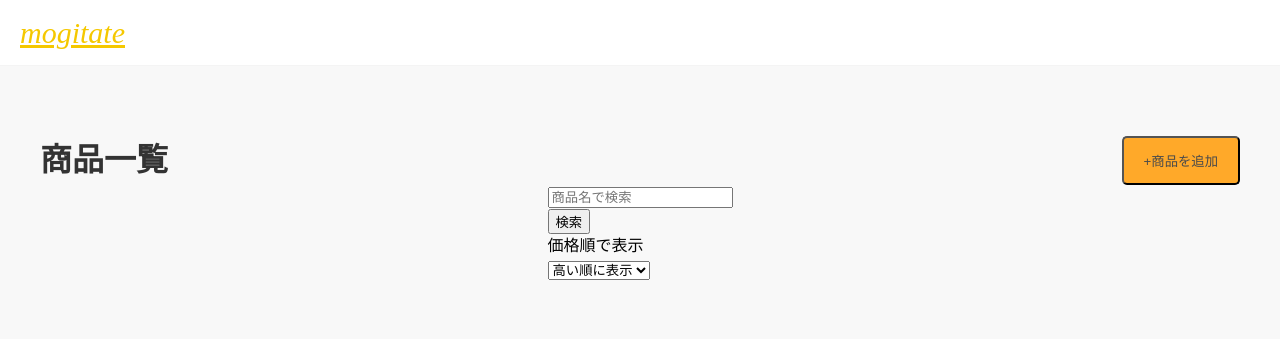
Repository: SuzukiFuminori/test-fruit
Page: http://localhost/products
These files come from the project's save history. The page is drawn as it stood at one moment and after the next save; the edit follows.
The browser window is 1280 px wide. The pictures show the whole page.
The page is served by the project's Laravel application, run on PHP 8.4 with Laravel 8. Other server files are loaded and not shown. Queries for data that is not in the repository find no rows.

Above is the page before, as saved 2024-12-30 05:00:03.

### src/routes/web.php
<?php

use Illuminate\Support\Facades\Route;
use App\Http\Controllers\ProductController;

/*
|--------------------------------------------------------------------------
| Web Routes
|--------------------------------------------------------------------------
|
| Here is where you can register web routes for your application. These
| routes are loaded by the RouteServiceProvider within a group which
| contains the "web" middleware group. Now create something great!
|
*/

Route::get('/products', [ProductController::class, 'index']);
Route::get('/products/register', [ProductController::class, 'add']);

### src/app/Http/Controllers/ProductController.php
<?php

namespace App\Http\Controllers;
use App\Models\Product;
use Illuminate\Http\Request;

class ProductController extends Controller
{
    // 商品一覧ページの表示
    public function index()
    {
        $products = Product::all();
        return view('index', ['products' => $products]);
    }

    // 商品登録ページの表示
    public function add()
    {
        return view('add');
    }
}

### src/resources/views/index.blade.php
@extends('layouts.default')

@section('title', '商品一覧')

@section('css')
<link rel="stylesheet" href="{{ asset('css/index.css') }}">
@endsection

@section('content')
  <div class="content">
    <div class="content__inner">
      <div class="content-heading">
        <div class="content-heading__title">
          @yield('title')
        </div>
        <div class="content-heading__button">
          <button class="content-heading__button-submit" type="submit">+商品を追加</button>
        </div>
      </div>
      <div class="content-container">
        <div class="search-wrapper">
          <div class="search__input">
            <input type="search" name="name" placeholder="商品名で検索">
          </div>
          <div class="search__button">
            <button class="search__button-submit" >検索</button>
          </div>
          <div class="sort">
            <div class="sort__content">価格順で表示</div>
            <div class="sort__select">
              <select name="select" placeholder="価格で並べ替え">
                <option value="">高い順に表示</option>
                <option value="">低い順に表示</option>
              </select>
            </div>
          </div>
        </div>
      </div>
    </div>
  </div>
@endsection

### src/resources/views/layouts/default.blade.php
<!DOCTYPE html>
<html lang="ja">

<head>
  <meta charset="UTF-8">
  <meta name="viewport" content="width=device-width, initial-scale=1.0">
  <title>@yield('title')</title>
  <link rel="stylesheet" href="{{ asset('css/sanitize.css') }}">
  <link rel="stylesheet" href="{{ asset('css/common.css') }}">
  @yield('css')
</head>

<body>
  <header class="header">
    <div class="header__inner">
      <a class="header__logo" href="/">
        mogitate
      </a>
    </div>
  </header>
  <main>
    @yield('content')
  </main>
</body>

</html>

### src/public/css/sanitize.css
/* Document
* ========================================================================== */

/**
* Add border box sizing in all browsers (opinionated).
*/

*,
::before,
::after {
  box-sizing: border-box;
}

/**
* 1. Add text decoration inheritance in all browsers (opinionated).
* 2. Add vertical alignment inheritance in all browsers (opinionated).
*/

::before,
::after {
  vertical-align: inherit;
  /* 2 */
  text-decoration: inherit;
  /* 1 */
}

/**
* 1. Use the default cursor in all browsers (opinionated).
* 2. Change the line height in all browsers (opinionated).
* 3. Use a 4-space tab width in all browsers (opinionated).
* 4. Remove the grey highlight on links in iOS (opinionated).
* 5. Prevent adjustments of font size after orientation changes in
*    IE on Windows Phone and in iOS.
* 6. Breaks words to prevent overflow in all browsers (opinionated).
*/

html {
  word-break: break-word;
  /* 6 */
  -moz-tab-size: 4;
  /* 3 */
  tab-size: 4;
  /* 3 */
  line-height: 1.5;
  /* 2 */
  cursor: default;
  /* 1 */

  -webkit-tap-highlight-color: transparent
    /* 4 */
  ;
  -ms-text-size-adjust: 100%;
  /* 5 */
  -webkit-text-size-adjust: 100%;
  /* 5 */
}

/* Sections
* ========================================================================== */

/**
* Remove the margin in all browsers (opinionated).
*/

body {
  margin: 0;
}

/**
* Correct the font size and margin on `h1` elements within `section` and
* `article` contexts in Chrome, Edge, Firefox, and Safari.
*/

h1 {
  margin: 0.67em 0;
  font-size: 2em;
}

/* Grouping content
* ========================================================================== */

/**
* Remove the margin on nested lists in Chrome, Edge, IE, and Safari.
*/

dl dl,
dl ol,
dl ul,
ol dl,
ul dl {
  margin: 0;
}

/**
* Remove the margin on nested lists in Edge 18- and IE.
*/

ol ol,
ol ul,
ul ol,
ul ul {
  margin: 0;
}

/**
* 1. Add the correct sizing in Firefox.
* 2. Show the overflow in Edge 18- and IE.
*/

hr {
  overflow: visible;
  /* 2 */
  height: 0;
  /* 1 */
}

/**
* Add the correct display in IE.
*/

main {
  display: block;
}

/**
* Remove the list style on navigation lists in all browsers (opinionated).
*/

nav ol,
nav ul {
  padding: 0;
  list-style: none;
}

/**
* 1. Correct the inheritance and scaling of font size in all browsers.
* 2. Correct the odd `em` font sizing in all browsers.
*/

pre {
  font-size: 1em;
  /* 2 */
  font-family: monospace, monospace;
  /* 1 */
}

/* Text-level semantics
* ========================================================================== */

/**
* Remove the gray background on active links in IE 10.
*/

a {
  background-color: transparent;
}

/**
* Add the correct text decoration in Edge 18-, IE, and Safari.
*/

abbr[title] {
  text-decoration: underline;
  text-decoration: underline dotted;
}

/**
* Add the correct font weight in Chrome, Edge, and Safari.
*/

b,
strong {
  font-weight: bolder;
}

/**
* 1. Correct the inheritance and scaling of font size in all browsers.
* 2. Correct the odd `em` font sizing in all browsers.
*/

code,
kbd,
samp {
  font-size: 1em;
  /* 2 */
  font-family: monospace, monospace;
  /* 1 */
}

/**
* Add the correct font size in all browsers.
*/

small {
  font-size: 80%;
}

/* Embedded content
* ========================================================================== */

/*
* Change the alignment on media elements in all browsers (opinionated).
*/

audio,
canvas,
iframe,
img,
svg,
video {
  vertical-align: middle;
}

/**
* Add the correct display in IE 9-.
*/

audio,
video {
  display: inline-block;
}

/**
* Add the correct display in iOS 4-7.
*/

audio:not([controls]) {
  display: none;
  height: 0;
}

/**
* Remove the border on iframes in all browsers (opinionated).
*/

iframe {
  border-style: none;
}

/**
* Remove the border on images within links in IE 10-.
*/

img {
  border-style: none;
}

/**
* Change the fill color to match the text color in all browsers (opinionated).
*/

svg:not([fill]) {
  fill: currentColor;
}

/**
* Hide the overflow in IE.
*/

svg:not(:root) {
  overflow: hidden;
}

/* Tabular data
* ========================================================================== */

/**
* Collapse border spacing in all browsers (opinionated).
*/

table {
  border-collapse: collapse;
}

/* Forms
* ========================================================================== */

/**
* Remove the margin on controls in Safari.
*/

button,
input,
select {
  margin: 0;
}

/**
* 1. Show the overflow in IE.
* 2. Remove the inheritance of text transform in Edge 18-, Firefox, and IE.
*/

button {
  overflow: visible;
  /* 1 */
  text-transform: none;
  /* 2 */
}

/**
* Correct the inability to style buttons in iOS and Safari.
*/

button,
[type="button"],
[type="reset"],
[type="submit"] {
  -webkit-appearance: button;
}

/**
* 1. Change the inconsistent appearance in all browsers (opinionated).
* 2. Correct the padding in Firefox.
*/

fieldset {
  padding: 0.35em 0.75em 0.625em;
  /* 2 */
  border: 1px solid #a0a0a0;
  /* 1 */
}

/**
* Show the overflow in Edge 18- and IE.
*/

input {
  overflow: visible;
}

/**
* 1. Correct the text wrapping in Edge 18- and IE.
* 2. Correct the color inheritance from `fieldset` elements in IE.
*/

legend {
  display: table;
  /* 1 */
  max-width: 100%;
  /* 1 */
  color: inherit;
  /* 2 */
  white-space: normal;
  /* 1 */
}

/**
* 1. Add the correct display in Edge 18- and IE.
* 2. Add the correct vertical alignment in Chrome, Edge, and Firefox.
*/

progress {
  display: inline-block;
  /* 1 */
  vertical-align: baseline;
  /* 2 */
}

/**
* Remove the inheritance of text transform in Firefox.
*/

select {
  text-transform: none;
}

/**
* 1. Remove the margin in Firefox and Safari.
* 2. Remove the default vertical scrollbar in IE.
* 3. Change the resize direction in all browsers (opinionated).
*/

textarea {
  overflow: auto;
  /* 2 */
  margin: 0;
  /* 1 */
  resize: vertical;
  /* 3 */
}

/**
* Remove the padding in IE 10-.
*/

[type="checkbox"],
[type="radio"] {
  padding: 0;
}

/**
* 1. Correct the odd appearance in Chrome, Edge, and Safari.
* 2. Correct the outline style in Safari.
*/

[type="search"] {
  outline-offset: -2px;
  /* 2 */

  -webkit-appearance: textfield;
  /* 1 */
}

/**
* Correct the cursor style of increment and decrement buttons in Safari.
*/

::-webkit-inner-spin-button,
::-webkit-outer-spin-button {
  height: auto;
}

/**
* Correct the text style of placeholders in Chrome, Edge, and Safari.
*/

::-webkit-input-placeholder {
  color: inherit;
  opacity: 0.54;
}

/**
* Remove the inner padding in Chrome, Edge, and Safari on macOS.
*/

::-webkit-search-decoration {
  -webkit-appearance: none;
}

/**
* 1. Correct the inability to style upload buttons in iOS and Safari.
* 2. Change font properties to `inherit` in Safari.
*/

::-webkit-file-upload-button {
  font: inherit;
  /* 2 */

  -webkit-appearance: button;
  /* 1 */
}

/**
* Remove the inner border and padding of focus outlines in Firefox.
*/

::-moz-focus-inner {
  padding: 0;
  border-style: none;
}

/**
* Restore the focus outline styles unset by the previous rule in Firefox.
*/

:-moz-focusring {
  outline: 1px dotted ButtonText;
}

/**
* Remove the additional :invalid styles in Firefox.
*/

:-moz-ui-invalid {
  box-shadow: none;
}

/* Interactive
* ========================================================================== */

/*
* Add the correct display in Edge 18- and IE.
*/

details {
  display: block;
}

/*
* Add the correct styles in Edge 18-, IE, and Safari.
*/

dialog {
  position: absolute;
  right: 0;
  left: 0;
  display: block;
  margin: auto;
  padding: 1em;
  width: -moz-fit-content;
  width: -webkit-fit-content;
  width: fit-content;
  height: -moz-fit-content;
  height: -webkit-fit-content;
  height: fit-content;
  border: solid;
  background-color: white;
  color: black;
}

dialog:not([open]) {
  display: none;
}

/*
* Add the correct display in all browsers.
*/

summary {
  display: list-item;
}

/* Scripting
* ========================================================================== */

/**
* Add the correct display in IE 9-.
*/

canvas {
  display: inline-block;
}

/**
* Add the correct display in IE.
*/

template {
  display: none;
}

/* User interaction
* ========================================================================== */

/*
* 1. Remove the tapping delay in IE 10.
* 2. Remove the tapping delay on clickable elements
in all browsers (opinionated).
*/

a,
area,
button,
input,
label,
select,
summary,
textarea,
[tabindex] {
  -ms-touch-action: manipulation;
  /* 1 */
  touch-action: manipulation;
  /* 2 */
}

/**
* Add the correct display in IE 10-.
*/

[hidden] {
  display: none;
}

/* Accessibility
* ========================================================================== */

/**
* Change the cursor on busy elements in all browsers (opinionated).
*/

[aria-busy="true"] {
  cursor: progress;
}

/*
* Change the cursor on control elements in all browsers (opinionated).
*/

[aria-controls] {
  cursor: pointer;
}

/*
* Change the cursor on disabled, not-editable, or otherwise
* inoperable elements in all browsers (opinionated).
*/

[aria-disabled="true"],
[disabled] {
  cursor: not-allowed;
}

/*
* Change the display on visually hidden accessible elements
* in all browsers (opinionated).
*/

[aria-hidden="false"][hidden] {
  display: initial;
}

[aria-hidden="false"][hidden]:not(:focus) {
  position: absolute;
  clip: rect(0, 0, 0, 0);
}

### src/public/css/common.css
.header {
  background: white;
}

.header__inner {
  margin: 0 auto;
  padding: 10px 20px;
  border-bottom: solid 1px #f4f4f4;
}

.header__logo {
  font-family: jsMath-cmti10;
  font-size: 30px;
  color: #F5C800;
  font-weight: 500;
  font-style: italic;
}

### src/public/css/index.css
.content {
  background: #f8f8f8;
}

.content__inner {
  margin: 0 auto;
  padding: 70px 0;
}

.content-heading {
  display: flex;
  justify-content: space-between;
  margin: 0 auto;
  padding: 0 40px 0;
}

.content-heading__title {
  font-family: "Hiragino Kaku Gothic Pro";
  font-size: 32px;
  color: #333333;
  font-weight: 600;
}

.content-heading__button-submit {
  padding: 13px 20px;
  background:#ffa929;
  color: #4B4B4B;
  border-radius: 5px;
}

.content-container {
  display: flex;
  justify-content: center;
  padding: 0 40px 0;
}

.search__input {
  padding-bottom:
}

Loaded but not shown: src/app/Http/Controllers/Controller.php (common file); src/app/Models/Product.php (common file)

After the next save:
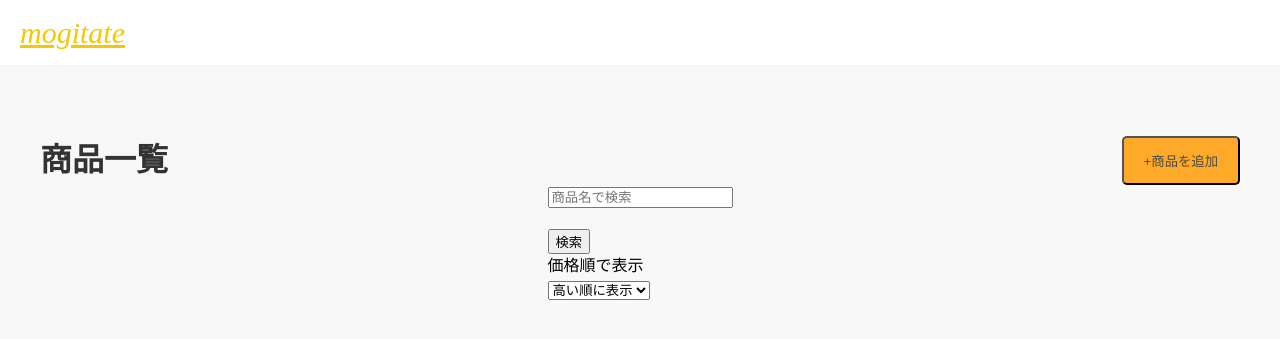
Saved 4 s later.
--- a/src/public/css/index.css
+++ b/src/public/css/index.css
@@ -35,5 +35,5 @@
 }
 
 .search__input {
-  padding-bottom:
+  padding-bottom: 20px;
 }
